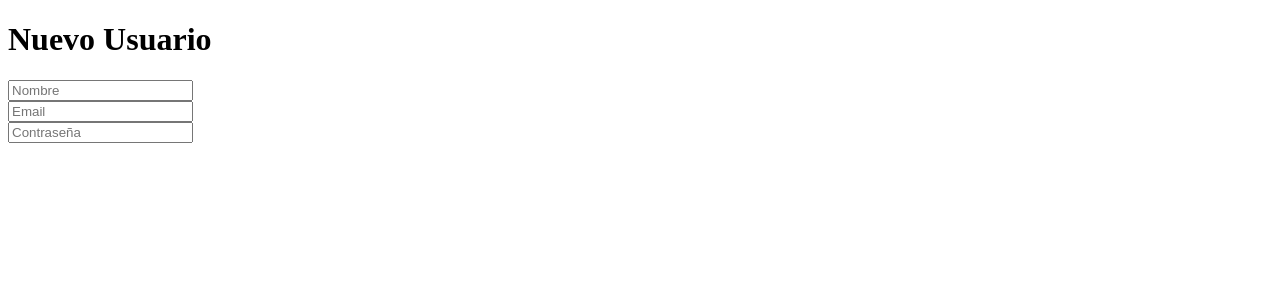
Repository: aregano/Java-web
Page: http://localhost/HelloMVC/newuser
These files come from the project's save history. The page is drawn as it stood at one moment and after the next save; the edit follows.
The browser window is 1280 px wide. The pictures show the whole page.
The page is served by Tomcat 9.

Above is the page before, as saved 2018-11-15 08:57:34.

After the next save:
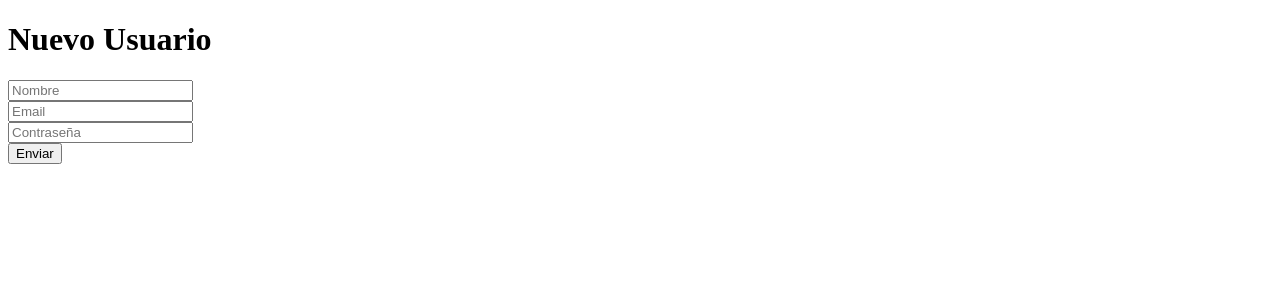
Saved 106 s later.
--- a/HelloMVC/WebContent/newuser.jsp
+++ b/HelloMVC/WebContent/newuser.jsp
@@ -13,6 +13,7 @@
 		<div><input type="text" placeholder="Nombre" name="nombre" id="nombre"/></div>
 		<div><input type="email" placeholder="Email" name="email" id="email"/></div>
 		<div><input type="password" placeholder="Contraseña" name="password" id="password"/></div>
+		<button>Enviar</button>
 	</form>
 </body>
 </html>
